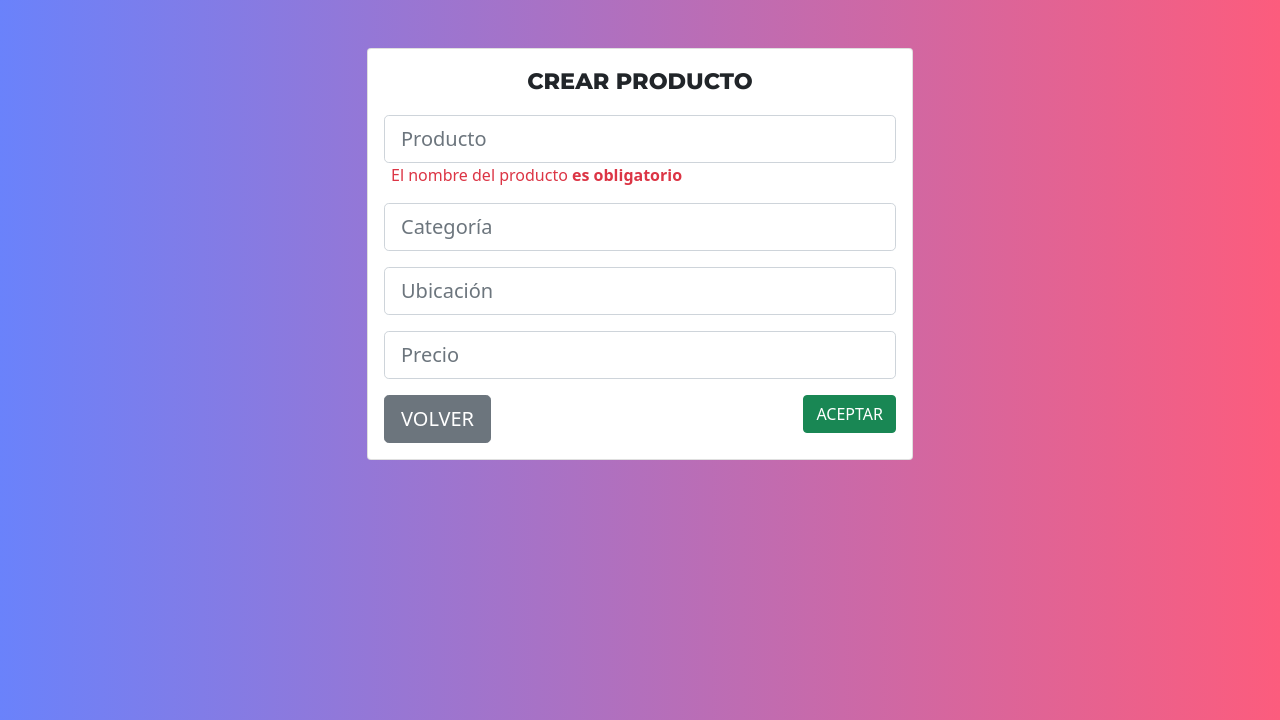
Repository: vivianaleivagalvez/crud_angular
Page: /crear-producto
The author's editor kept a copy of each file at every save. The page is drawn from the files as they stood at one save, then again after the next save.
The browser window is 1280 px wide. The pictures show the whole page.
The project was rebuilt for these pictures with package versions that can differ from the ones it lists, and the page was loaded fresh each time. Also part of the build but not shown: angular.json, src/app/components/listar-productos/listar-productos.component.ts.

Above is the page before, as saved 2022-01-27 11:02:34.

### src/index.html
<!doctype html>
<html lang="en">
<head>
  <meta charset="utf-8">
  <title>Cliente</title>
  <base href="/">

  <meta name="viewport" content="width=device-width, initial-scale=1">
  <link rel="icon" type="image/x-icon" href="favicon.ico">
  <link rel="stylesheet" href="https://cdnjs.cloudflare.com/ajax/libs/font-awesome/6.0.0-beta3/css/all.min.css">
  <link rel="preconnect" href="https://fonts.googleapis.com">
<link rel="preconnect" href="https://fonts.gstatic.com" crossorigin>
<link href="https://fonts.googleapis.com/css2?family=Montserrat:wght@800&display=swap" rel="stylesheet">
</head>
<body>
  <app-root></app-root>
</body>
</html>

### src/styles.css
/* You can add global styles to this file, and also import other style files */
body{
  background: #FC5C7D;  /* fallback for old browsers */
  background: -webkit-linear-gradient(to right, #6A82FB, #FC5C7D);  /* Chrome 10-25, Safari 5.1-6 */
  background: linear-gradient(to right, #6A82FB, #FC5C7D); /* W3C, IE 10+/ Edge, Firefox 16+, Chrome 26+, Opera 12+, Safari 7+ */
}

.titulo{
  font-size: 1.4rem;
  font-family: 'Montserrat', sans-serif;
}

### src/app/app.module.ts
import { BrowserModule } from '@angular/platform-browser';
import { NgModule } from '@angular/core';

import { ReactiveFormsModule } from '@angular/forms';
import { AppRoutingModule } from './app-routing.module';

//components
import { AppComponent } from './app.component';
import { CrearProductoComponent } from './components/crear-producto/crear-producto.component';
import { ListarProductosComponent } from './components/listar-productos/listar-productos.component';



@NgModule({
  declarations: [
    AppComponent,
    CrearProductoComponent,
    ListarProductosComponent
  ],
  imports: [
    BrowserModule,
    AppRoutingModule,
    ReactiveFormsModule
  ],
  providers: [],
  bootstrap: [AppComponent]
})
export class AppModule { }

### src/app/app-routing.module.ts
import { ListarProductosComponent } from './components/listar-productos/listar-productos.component';
import { CrearProductoComponent } from './components/crear-producto/crear-producto.component';
import { NgModule } from '@angular/core';
import { RouterModule, Routes } from '@angular/router';

const routes: Routes = [
  { path: '', component: ListarProductosComponent },
  { path: 'crear-producto', component: CrearProductoComponent },
  { path: 'editar-producto/:id', component: CrearProductoComponent },
  { path: '**', redirectTo: '', pathMatch: 'full' }
];

@NgModule({
  imports: [RouterModule.forRoot(routes)],
  exports: [RouterModule]
})
export class AppRoutingModule { }

### src/app/components/crear-producto/crear-producto.component.ts
import { Component, OnInit } from '@angular/core';
import { FormGroup, FormBuilder, Validators } from '@angular/forms';

@Component({
  selector: 'app-crear-producto',
  templateUrl: './crear-producto.component.html',
  styleUrls: ['./crear-producto.component.css']
})
export class CrearProductoComponent implements OnInit {
 productoForm: FormGroup;

  constructor(private fb: FormBuilder) {
    this.productoForm = this.fb.group({
      producto: ['', Validators.required],
      categoria: ['', Validators.required],
      ubicacion: ['', Validators.required],
      precio: ['', Validators.required],
    })

   }

  ngOnInit() {
  }

  agregarProducto(){
    console.log(this.productoForm)
  }

}

### src/app/components/crear-producto/crear-producto.component.html
<div class="container mt-5">
  <div class="row">
    <div class="col-lg-6 offset-lg-3">
      <div class="card">
        <div class="card-body text-center">
          <span class="titulo">CREAR PRODUCTO</span>
          <form class="mt-3" [formGroup]="productoForm" (ngSubmit)="agregarProducto()">
            <div class="mb-3">
              <input type="text" formControlName="producto"
               class="form-control form-control-lg" placeholder="Producto">
               <div class="text-danger">
                 <span>El nombre del producto <strong>es obligatorio</strong> </span>
               </div>
            </div>
            <div class="mb-3">
              <input type="text" formControlName="categoria"
              class="form-control form-control-lg" placeholder="Categoría">
            </div>
            <div class="mb-3">
              <input type="text" formControlName="ubicacion"
              class="form-control form-control-lg" placeholder="Ubicación">
            </div>
            <div class="mb-3">
              <input type="number" formControlName="precio"
              class="form-control form-control-lg" placeholder="Precio">
            </div>
            <div class="mb-3">
              <button routerLink="/" class="btn btn-secondary btn-lg float-start">VOLVER</button>
              <button type="submit" class="btn btn-success float-end">ACEPTAR</button>
            </div>
          </form>
        </div>
      </div>
    </div>
  </div>
</div>

### src/app/components/crear-producto/crear-producto.component.css
.text-danger{
  text-align: start;
  margin-left: 7px;
}

Loaded but not shown: src/main.ts (common file); src/environments/environment.ts (common file); src/app/app.component.ts (common file); src/app/app.component.html (common file); src/app/app.component.css (no stored copy; drawn as an empty file)

After the next save:
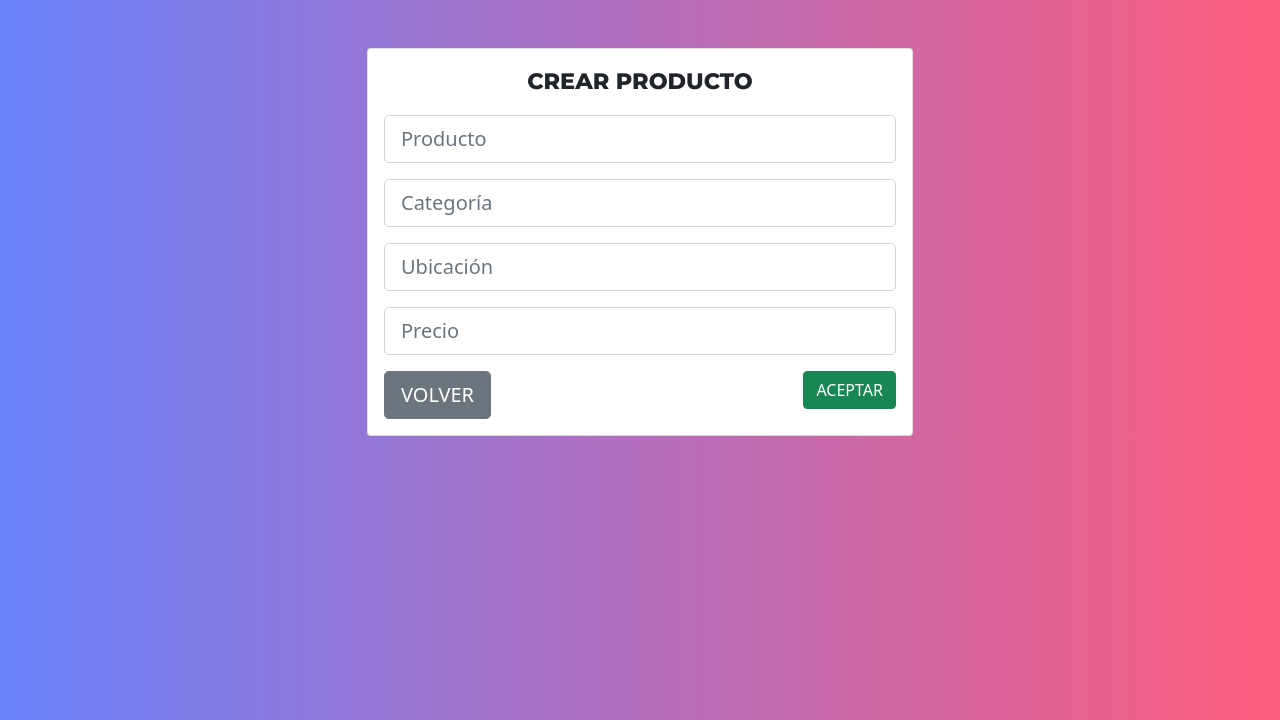
Saved 2 min 24 s later.
--- a/src/app/components/crear-producto/crear-producto.component.html
+++ b/src/app/components/crear-producto/crear-producto.component.html
@@ -8,7 +8,8 @@
             <div class="mb-3">
               <input type="text" formControlName="producto"
                class="form-control form-control-lg" placeholder="Producto">
-               <div class="text-danger">
+               <div class="text-danger"
+               *ngIf="productoForm.get('producto').hasError('requiered')">
                  <span>El nombre del producto <strong>es obligatorio</strong> </span>
                </div>
             </div>

After the save that followed:
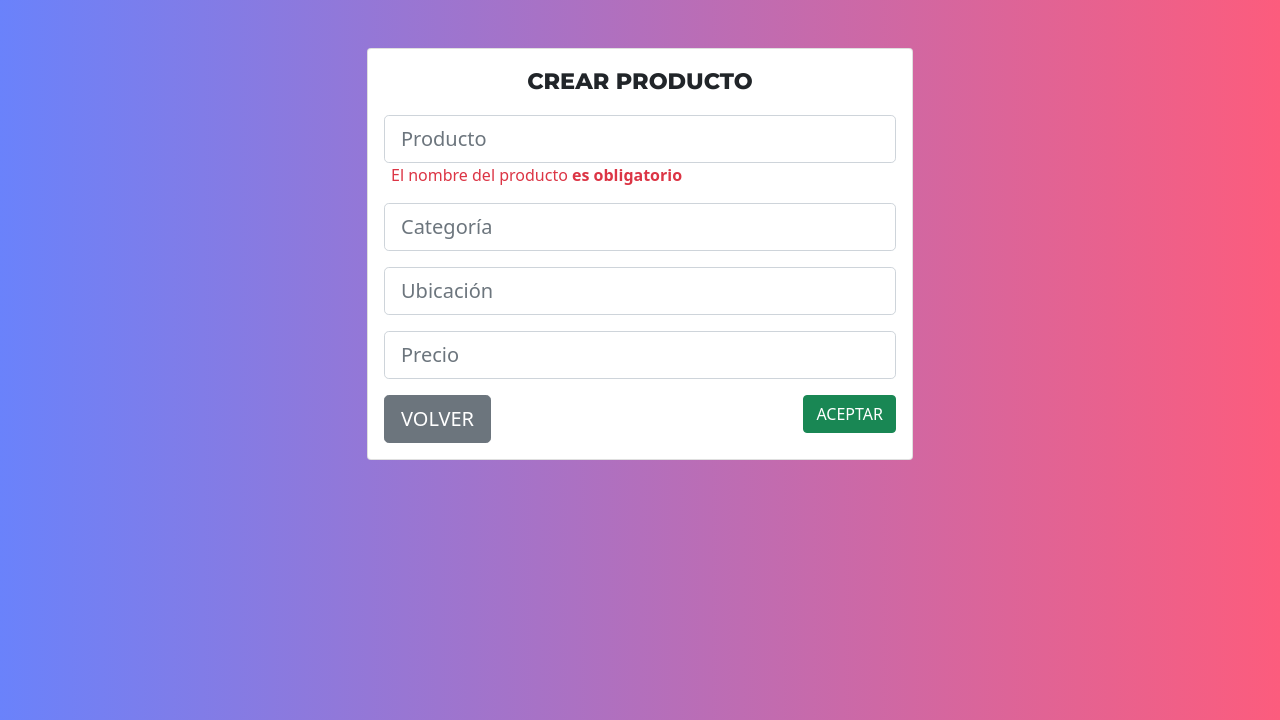
Saved 28 s later.
--- a/src/app/components/crear-producto/crear-producto.component.html
+++ b/src/app/components/crear-producto/crear-producto.component.html
@@ -9,7 +9,7 @@
               <input type="text" formControlName="producto"
                class="form-control form-control-lg" placeholder="Producto">
                <div class="text-danger"
-               *ngIf="productoForm.get('producto').hasError('requiered')">
+               *ngIf="productoForm.get('producto').hasError('required')">
                  <span>El nombre del producto <strong>es obligatorio</strong> </span>
                </div>
             </div>
